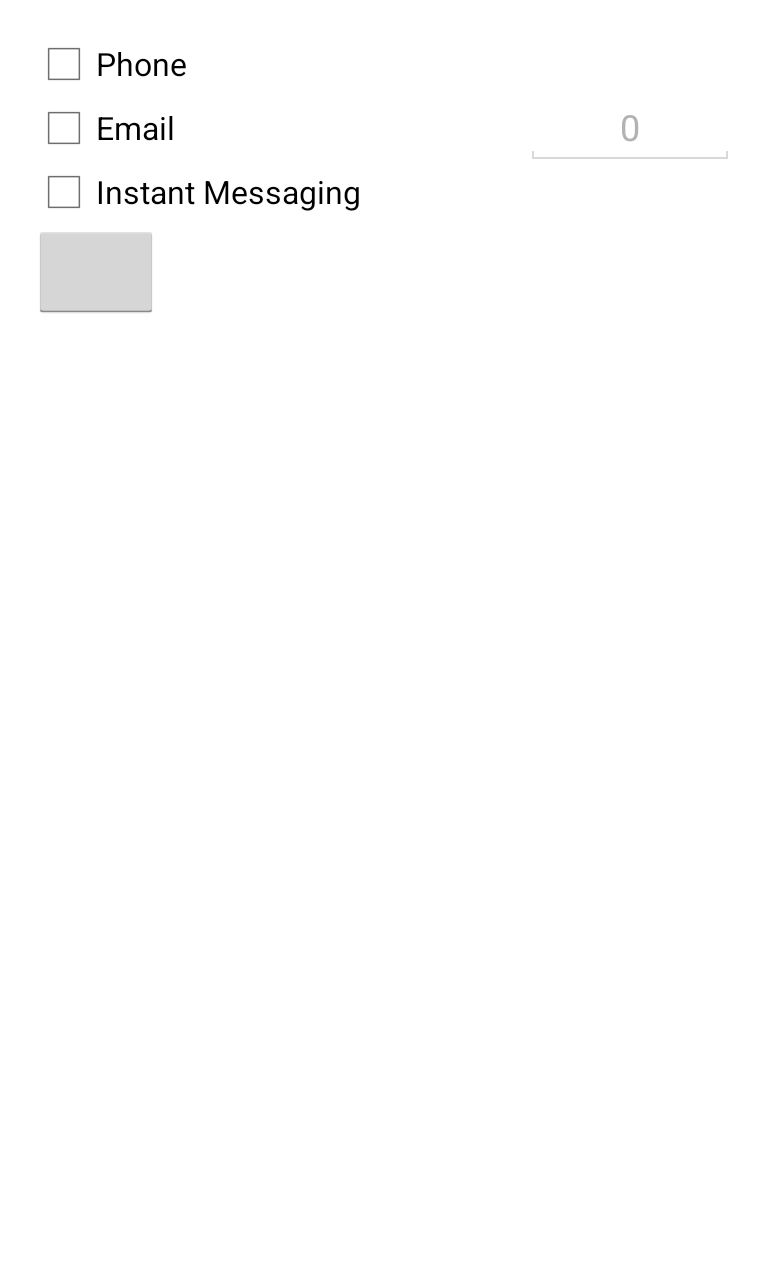
Repository: radupoenaru1992/PracticalTest01Var01
Layout: PracticalTest01Var01/res/layout/activity_practical_test01_var01_main.xml
The author's editor kept a copy of each file at every save. The layout is drawn from the files as they stood at one save, then again after the next save.
It is drawn on a 768 x 1280 px phone screen (xhdpi) without system bars, with theme AppTheme; the app's code is not run.

Above is the layout before, as saved 2015-03-30 15:30:03.

### PracticalTest01Var01/res/layout/activity_practical_test01_var01_main.xml
<LinearLayout xmlns:android="http://schemas.android.com/apk/res/android"
    xmlns:tools="http://schemas.android.com/tools"
    android:layout_width="match_parent"
    android:layout_height="match_parent"
    android:paddingBottom="@dimen/activity_vertical_margin"
    android:paddingLeft="@dimen/activity_horizontal_margin"
    android:paddingRight="@dimen/activity_horizontal_margin"
    android:paddingTop="@dimen/activity_vertical_margin"
    tools:context=".PracticalTest01Var01MainActivity"
    android:orientation="vertical">

    <LinearLayout
        android:layout_width="match_parent"
        android:layout_height="wrap_content"
        android:orientation="horizontal"
        >

        <LinearLayout
            android:layout_width="0dp"
            android:layout_height="match_parent"
            android:layout_weight="7"
            android:orientation="vertical"
            >

            <CheckBox
                android:layout_width="match_parent"
                android:layout_height="wrap_content"
                android:id="@+id/chP"
                android:text="Phone"/>

            <CheckBox
                android:layout_width="match_parent"
                android:layout_height="wrap_content"
                android:id="@+id/chE"
                android:text="Email"/>

            <CheckBox
                android:layout_width="match_parent"
                android:layout_height="wrap_content"
                android:id="@+id/chI"
                android:text="Instant Messaging"/>

        </LinearLayout>

        <LinearLayout
            android:layout_width="0dp"
            android:layout_height="match_parent"
            android:layout_weight="3"
            android:orientation="vertical"
            android:gravity="center"
            >

            <EditText
                android:layout_width="match_parent"
                android:layout_height="wrap_content"
                android:gravity="center"
                android:id="@+id/etDr"
                android:enabled="false"
                android:text="0"/>

        </LinearLayout>

        </LinearLayout>

    <Button
        android:layout_width="wrap_content"
        android:layout_height="wrap_content"
        android:id="@+id/bSec"/>



</LinearLayout>

Loaded but not shown: PracticalTest01Var01/res/values/styles.xml (common file); PracticalTest01Var01/res/values-v11/styles.xml (common file); PracticalTest01Var01/res/values-v14/styles.xml (common file); PracticalTest01Var01/res/values/dimens.xml (common file)

After the next save:
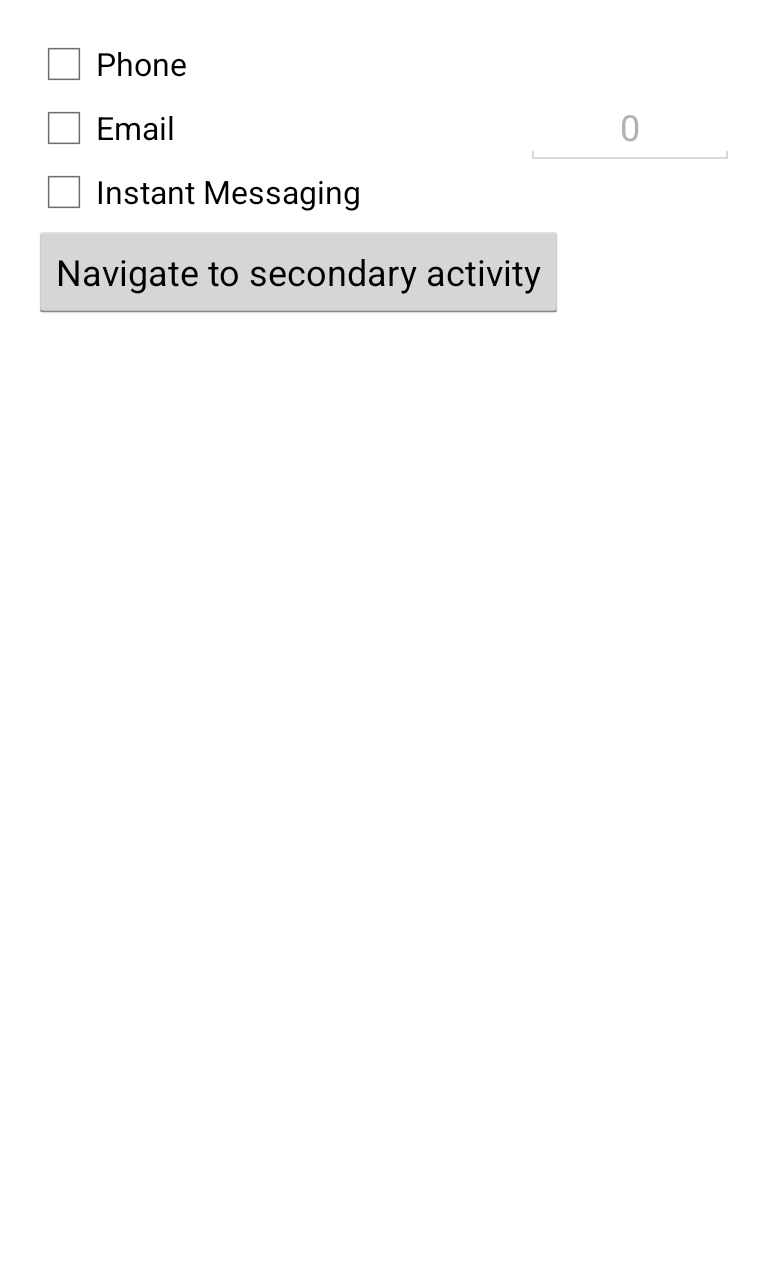
Saved 17 s later.
--- a/PracticalTest01Var01/res/layout/activity_practical_test01_var01_main.xml
+++ b/PracticalTest01Var01/res/layout/activity_practical_test01_var01_main.xml
@@ -65,7 +65,8 @@
     <Button
         android:layout_width="wrap_content"
         android:layout_height="wrap_content"
-        android:id="@+id/bSec"/>
+        android:id="@+id/bSec"
+        android:text="Navigate to secondary activity"/>
 
 
 
